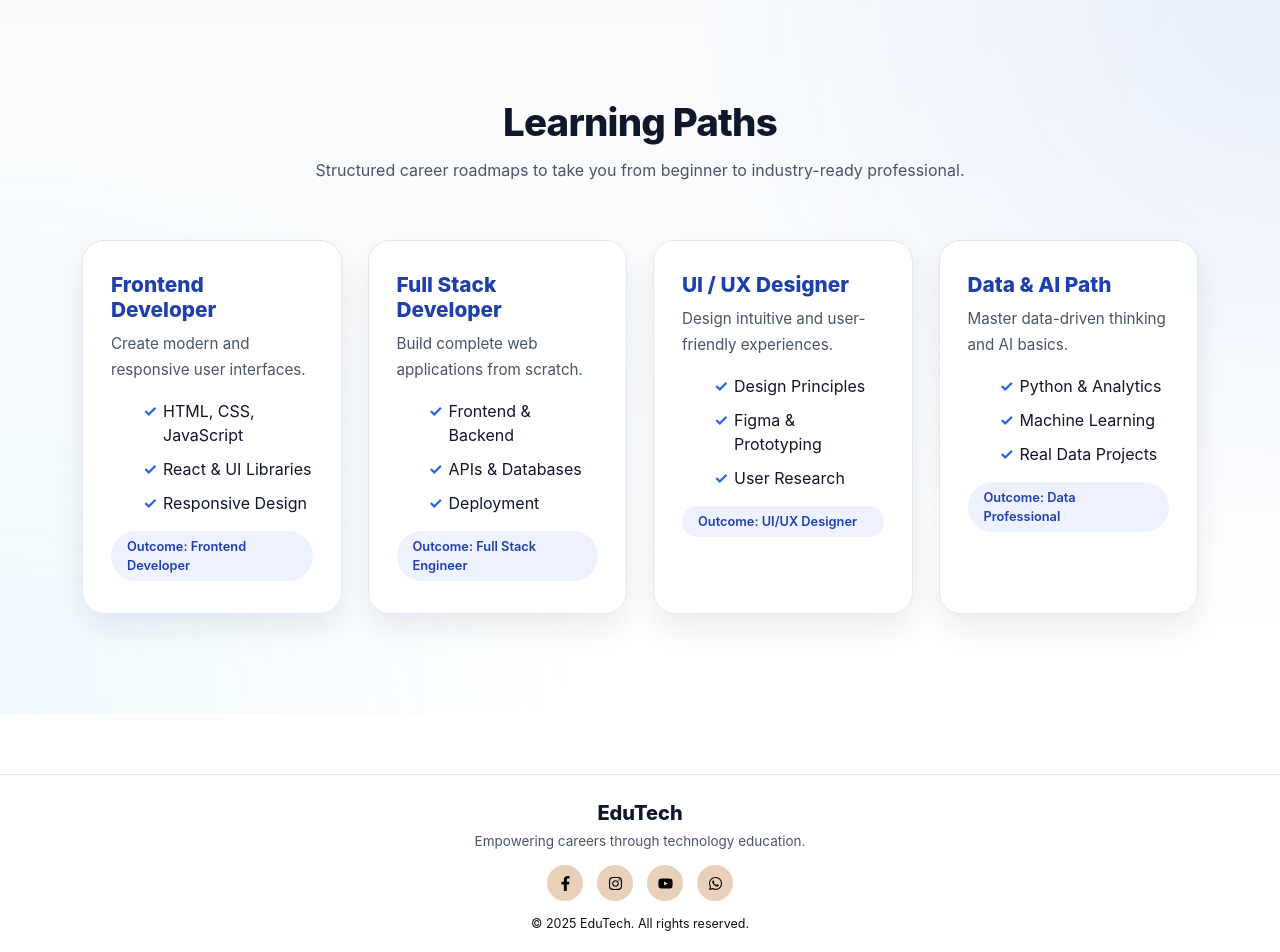
Repository: Aswin74k/project-2
Page: /
An editor plug-in stored every save of this project. The page is shown before and after the next save, followed by the edit.
The browser window is 1280 px wide. The pictures show the part of the page from y = 2045 to 2997 px (the page is 2997 px tall).
The project was rebuilt for these pictures with package versions that can differ from the ones it lists, and the page was loaded fresh each time. Some packages were replaced by stand-ins written for this rebuild. Also part of the build but not shown: vite.config.js, src/project/course.css, src/project/Course.jsx, src/project/About.css, src/project/About.jsx, src/project/Enroll.css, src/project/Enroll.jsx, src/project/contact.css and 2 more.

Above is the page before, as saved 2025-12-25 19:46:17.

### src/main.jsx
import React from "react";
import ReactDOM from "react-dom/client";
import { BrowserRouter } from "react-router-dom";
import App from "./project/App";
import { AuthProvider } from "./context/AuthContext"; // ✅ ADD THIS
import "bootstrap/dist/css/bootstrap.min.css";

ReactDOM.createRoot(document.getElementById("root")).render(
  <React.StrictMode>
    <BrowserRouter>
      <AuthProvider>
        <App />
      </AuthProvider>
    </BrowserRouter>
  </React.StrictMode>
);

### src/project/App.jsx
import React from "react";
import { Routes, Route } from "react-router-dom";

import EduNavbar from "./EduNavbar";
import Home from "./Home";
import Course from "./Course";
import About from "./About";
import Enroll from "./Enroll";
import Contact from "./Contact";
import ProtectedRoute from "./ProtectedRoute";

export default function App() {
  return (
    <>
      <EduNavbar />

      <Routes>
        <Route path="/" element={<Home />} />
        <Route path="/courses/:id" element={<Course />} />
        <Route path="/about" element={<About />} />
        <Route path="/Contact" element={<Contact />} />


        <Route
          path="/enroll"
          element={
            <ProtectedRoute>
              <Enroll />
            </ProtectedRoute>
          }
        />
      </Routes>

    </>
  );
}

### src/context/AuthContext.jsx
import { createContext, useContext, useState, useEffect } from "react";

const AuthContext = createContext();

export function AuthProvider({ children }) {
  const [user, setUser] = useState(null);
  const [loading, setLoading] = useState(true);

  useEffect(() => {
    const savedUser = JSON.parse(
      localStorage.getItem("loggedInUser")
    );
    if (savedUser) setUser(savedUser);
    setLoading(false);
  }, []);

  const login = (email, password) => {
    const users =
      JSON.parse(localStorage.getItem("registeredUsers")) || [];

    const foundUser = users.find(
      (u) => u.email === email && u.password === password
    );

    if (!foundUser) {
      return { success: false, message: "Invalid email or password" };
    }

    localStorage.setItem(
      "loggedInUser",
      JSON.stringify(foundUser)
    );
    setUser(foundUser);

    return {
      success: true,
      message: `Welcome back, ${foundUser.firstName}`,
    };
  };

  const signup = (data) => {
    const users =
      JSON.parse(localStorage.getItem("registeredUsers")) || [];

    if (users.some((u) => u.email === data.email)) {
      return {
        success: false,
        message: "User already exists with this email!",
      };
    }

    users.push(data);
    localStorage.setItem(
      "registeredUsers",
      JSON.stringify(users)
    );

    localStorage.setItem(
      "loggedInUser",
      JSON.stringify(data)
    );
    setUser(data);

    return {
      success: true,
      message: "Account created successfully",
    };
  };

  const logout = () => {
    localStorage.removeItem("loggedInUser");
    setUser(null);
  };

  return (
    <AuthContext.Provider
      value={{ user, login, signup, logout, loading }}
    >
      {children}
    </AuthContext.Provider>
  );
}

export const useAuth = () => useContext(AuthContext);

### src/project/Home.jsx
import React from "react";
import { Container, Row, Col, Card } from "react-bootstrap";
import { Link } from "react-router-dom";
import {
  FaGraduationCap,
  FaUsers,
  FaChalkboardTeacher,
  FaBriefcase,
  FaStar,
  FaFacebookF,
  FaInstagram,
  FaYoutube,
  FaWhatsapp
} from "react-icons/fa";
import "./Home.css";

export default function Home() {
  const courses = [
    {
      id: "fullstack",
      title: "Full Stack Development",
      level: "Beginner",
      duration: "6 Months",
      rating: "4.8",
      img: "https://encrypted-tbn0.gstatic.com/images?q=tbn:ANd9GcQPaNXGBezXv5c0v_XSQ6pqOScRBb2ShM3IWg&s",
    },
    {
      id: "mern",
      title: "MERN Stack Development",
      level: "Intermediate",
      duration: "5 Months",
      rating: "4.7",
      img: "https://images.prismic.io/loco-blogs/79328284-f97b-489f-924c-eb3b17e34b56_image2.png",
    },
    {
      id: "uiux",
      title: "UI / UX Design",
      level: "Beginner",
      duration: "4 Months",
      rating: "4.6",
      img: "https://www.almondsolutions.com/images/blog-ui-ux-150223.jpg",
    },
    {
      id: "datascience",
      title: "Data Science",
      level: "Advanced",
      duration: "6 Months",
      rating: "4.9",
      img: "https://bernardmarr.com/wp-content/uploads/2022/11/The-Top-5-Data-Science-And-Analytics-Trends-In-2023.jpg",
    },
    {
      id: "dataanalytics",
      title: "Data Analytics",
      level: "Beginner",
      duration: "4 Months",
      rating: "4.6",
      img: "https://blog.herzing.ca/hubfs/data%20analytics.jpg",
    },
    {
      id: "aiml",
      title: "AI & Machine Learning",
      level: "Advanced",
      duration: "6 Months",
      rating: "4.9",
      img: "https://www.jellyfishtechnologies.com/wp-content/uploads/2021/10/Artificial-Intelligence-versus-Machine-Learning.png",
    },
    {
      id: "cloud",
      title: "Cloud Computing",
      level: "Intermediate",
      duration: "4 Months",
      rating: "4.7",
      img: "https://bernardmarr.com/img/The%205%20Biggest%20Cloud%20Computing%20Trends%20In%202021.jpg",
    },
    {
      id: "devops",
      title: "DevOps Engineering",
      level: "Advanced",
      duration: "5 Months",
      rating: "4.8",
      img: "https://www.itrainu.in/wp-content/uploads/2021/03/DEVOPS-1.jpg",
    },
  ];

  return (
    <div className="home">

      {/* HERO */}
      <section className="hero-section">
        <Container>
          <div className="hero-content">
            <h1>
              Learn Future-Ready Skills with <span>EduTech</span>
            </h1>
            <p>
              Industry-aligned courses, real-world projects, and expert mentors
              to accelerate your career.
            </p>

            <div className="hero-actions">
              <Link to="/about" className="btn btn-outline-light btn-lg">
                Learn More
              </Link>
            </div>
          </div>
        </Container>
      </section>

      {/* STATS */}
      <section className="stats-section">
        <Container>
          <Row className="g-4">
            <Col md={3}><div className="stat-box"><FaUsers /><h3>25K+</h3><p>Learners</p></div></Col>
            <Col md={3}><div className="stat-box"><FaGraduationCap /><h3>8+</h3><p>Courses</p></div></Col>
            <Col md={3}><div className="stat-box"><FaChalkboardTeacher /><h3>50+</h3><p>Mentors</p></div></Col>
            <Col md={3}><div className="stat-box"><FaBriefcase /><h3>100+</h3><p>Projects</p></div></Col>
          </Row>
        </Container>
      </section>

      {/* COURSES */}
      <section className="courses-section">
        <Container>
          <h2 className="section-title">Popular Courses</h2>
          <Row>
            {courses.map((course) => (
              <Col lg={3} md={4} sm={6} key={course.id} className="mb-4">
                <Card className="course-card h-100">
                  <Card.Img src={course.img} className="course-img" />
                  <Card.Body>
                    <Card.Title>{course.title}</Card.Title>
                    <div className="course-meta">
                      <span>{course.level}</span>
                      <span>{course.duration}</span>
                    </div>
                    <div className="course-rating">
                      <FaStar /> {course.rating}
                    </div>
                    <Link to={`/courses/${course.id}`} className="btn btn-outline-primary w-100 mt-3">
                      View Details
                    </Link>
                  </Card.Body>
                </Card>
              </Col>
            ))}
          </Row>
        </Container>
      </section>
{/* LEARNING PATHS */}
<section className="paths-section">
  <div className="container">
    <h2 className="section-title">Learning Paths</h2>
    <p className="section-subtitle">
      Structured career roadmaps to take you from beginner to industry-ready professional.
    </p>

    <div className="paths-grid">
      <div className="path-card">
        <h4>Frontend Developer</h4>
        <p>Create modern and responsive user interfaces.</p>

        <ul>
          <li>HTML, CSS, JavaScript</li>
          <li>React & UI Libraries</li>
          <li>Responsive Design</li>
        </ul>

        <div className="path-outcome">Outcome: Frontend Developer</div>
      </div>

      <div className="path-card">
        <h4>Full Stack Developer</h4>
        <p>Build complete web applications from scratch.</p>

        <ul>
          <li>Frontend & Backend</li>
          <li>APIs & Databases</li>
          <li>Deployment</li>
        </ul>

        <div className="path-outcome">Outcome: Full Stack Engineer</div>
      </div>

      <div className="path-card">
        <h4>UI / UX Designer</h4>
        <p>Design intuitive and user-friendly experiences.</p>

        <ul>
          <li>Design Principles</li>
          <li>Figma & Prototyping</li>
          <li>User Research</li>
        </ul>

        <div className="path-outcome">Outcome: UI/UX Designer</div>
      </div>

      <div className="path-card">
        <h4>Data & AI Path</h4>
        <p>Master data-driven thinking and AI basics.</p>

        <ul>
          <li>Python & Analytics</li>
          <li>Machine Learning</li>
          <li>Real Data Projects</li>
        </ul>

        <div className="path-outcome">Outcome: Data Professional</div>
      </div>
    </div>
  </div>
</section>



      {/* FOOTER */}
      <footer className="footer">
        <Container className="text-center">
          <h3 className="footer-logo">EduTech</h3>
          <p className="footer-tagline">
            Empowering careers through technology education.
          </p>

          <div className="footer-social">
            <a className="fb"><FaFacebookF /></a>
            <a className="ig"><FaInstagram /></a>
            <a className="yt"><FaYoutube /></a>
            <a className="wa"><FaWhatsapp /></a>
          </div>

          <p className="copy">© 2025 EduTech. All rights reserved.</p>
        </Container>
      </footer>

    </div>
  );
}

### src/project/Navbar.css
/* ================= ROOT VARIABLES ================= */
:root {
  --primary: #111827;
  --primary-soft: rgba(17, 24, 39, 0.08);
  --danger: #ef4444;
  --success: #22c55e;

  --text-dark: #000000;
  --text-muted: #6b7280;

  --border-light: #e5e7eb;
  --bg-white: #ffffff;
}

/* ================= NAVBAR ================= */
.navbar {
  background: var(--bg-white);
  padding: 14px 0;
  border-bottom: 1px solid var(--border-light);
  transition: all 0.3s ease;
  z-index: 1000;
}

.navbar-scrolled {
  box-shadow: 0 10px 30px rgba(0, 0, 0, 0.08);
}

/* ================= BRAND ================= */
.navbar-brand {
  font-size: 1.8rem;
  font-weight: 900;
  letter-spacing: -0.5px;

  background: linear-gradient(90deg, #2563eb, #38bdf8);

  background-clip: text;              /* standard */
  -webkit-background-clip: text;      /* safari/chrome */
  -webkit-text-fill-color: transparent;

  transition: all 0.25s ease;
}

/* Optional hover (subtle, classy) */
.navbar-brand:hover {
  transform: translateY(-1px);
  filter: brightness(1.1);
}



/* ================= NAV LINKS ================= */
.navbar-nav .nav-link {
  color: var(--text-dark) !important;
  font-weight: 600;
  font-size: 0.95rem;
  padding: 8px 14px;
  position: relative;
}

.navbar-nav .nav-link::after {
  content: "";
  position: absolute;
  left: 50%;
  bottom: 2px;
  width: 0;
  height: 2px;
  background: var(--text-dark);
  transform: translateX(-50%);
  transition: width 0.3s ease;
}

.navbar-nav .nav-link:hover::after {
  width: 70%;
}

/* ================= SEARCH ================= */
.custom-search {
  position: relative;
  width: 210px;
}

.custom-search input {
  width: 100%;
  padding: 10px 42px 10px 16px;
  border-radius: 999px;
  border: 1px solid var(--border-light);
  background: #e4e5e6;
  font-size: 0.9rem;
}

.custom-search svg {
  position: absolute;
  right: 14px;
  top: 50%;
  transform: translateY(-50%);
  color: var(--text-muted);
}

/* ================= USER ================= */
.username {
  background: var(--primary-soft);
  color: var(--text-dark);
  padding: 6px 14px;
  border-radius: 999px;
  font-size: 0.85rem;
  font-weight: 600;
}

.user-icon {
  font-size: 22px;
  color: var(--text-dark);
  cursor: pointer;
}

/* ================= LOGOUT ICON ================= */
.logout-icon {
  font-size: 24px;
  color: var(--text-dark);
  cursor: pointer;
}

.logout-icon:hover {
  color: var(--danger);
}

/* ================= MODALS ================= */
.modal-content {
  border-radius: 22px;
  border: none;
  box-shadow: 0 30px 90px rgba(0, 0, 0, 0.25);
  padding: 20px;
}

.modal-header {
  border-bottom: 1px solid var(--border-light);
}

.modal-title {
  font-weight: 700;
}

.modal-body {
  padding: 28px 32px 32px;
}

/* ================= AUTH INPUT (IMAGE MATCHED) ================= */
.auth-input {
  width: 100%;
  height: 56px;
  border-radius: 16px;
  border: 1.5px solid #d1d5db;
  padding: 14px 18px;
  font-size: 1rem;
  margin-bottom: 18px;
  background: #ffffff;
}

.auth-input:focus {
  outline: none;
  border-color: #6366f1;
  box-shadow: 0 0 0 2px rgba(99, 102, 241, 0.25);
}

/* ================= PASSWORD ================= */
.password-wrapper {
  position: relative;
}

.password-wrapper span {
  position: absolute;
  right: 18px;
  top: 40%;
  transform: translateY(-50%);
  font-size: 18px;
  color: var(--text-muted);
  cursor: pointer;
}

/* ================= NAME ROW (SIGNUP) ================= */
.name-row {
  display: grid;
  grid-template-columns: 1fr 1fr;
  gap: 18px;
  margin-bottom: 18px;
}

/* ================= AUTH BUTTON ================= */
.auth-btn {
  width: 100%;
  height: 56px;
  border-radius: 16px;
  background: var(--text-dark);
  border: none;
  color: #fff;
  font-size: 1.05rem;
  font-weight: 600;
  margin-top: 8px;
}

.auth-btn:hover {
  opacity: 0.9;
}

/* ================= AUTH FOOTER ================= */
.auth-footer {
  margin-top: 16px;
  text-align: center;
  font-size: 0.9rem;
  color: var(--text-muted);
}

.auth-footer span {
  color: var(--text-dark);
  font-weight: 600;
  cursor: pointer;
}

/* ================= LOGOUT MODAL ================= */
.logout-modal .logout-icon-wrapper {
  width: 64px;
  height: 64px;
  background: rgba(0, 0, 0, 0.08);
  color: var(--danger);
  border-radius: 50%;
  display: flex;
  align-items: center;
  justify-content: center;
  font-size: 28px;
  margin: 0 auto 16px;
}

.logout-actions {
  display: flex;
  gap: 14px;
  justify-content: center;
}

.logout-cancel {
  padding: 10px 22px;
  border-radius: 14px;
  border: 2px solid var(--text-dark);
  background: transparent;
  font-weight: 600;
}

.logout-confirm {
  padding: 10px 22px;
  border-radius: 14px;
  background: var(--danger);
  border: none;
  color: #fff;
  font-weight: 600;
}

/* ================= MOBILE ================= */
@media (max-width: 768px) {
  .navbar-collapse {
    background: #ffffff;
    padding: 18px;
    border-radius: 16px;
    margin-top: 10px;
  }

  .custom-search {
    width: 100%;
    margin-top: 12px;
  }

  .name-row {
    grid-template-columns: 1fr;
  }
}

/* ================= AUTH MESSAGES (FINAL POLISH) ================= */
.modal-message {
  padding: 14px 18px;
  border-radius: 14px;
  font-size: 0.9rem;
  font-weight: 600;
  text-align: center;
  margin-bottom: 18px;
  line-height: 1.4;
  animation: messageFade 0.25s ease-in-out;
}

/* SUCCESS */
.modal-message.success {
  background: rgba(34, 197, 94, 0.14);
  color: #15803d;
  border: 1.5px solid rgba(34, 197, 94, 0.35);
}

/* ERROR */
.modal-message.error {
  background: rgba(239, 68, 68, 0.14);
  color: #b91c1c;
  border: 1.5px solid rgba(239, 68, 68, 0.35);
}

/* subtle animation */
@keyframes messageFade {
  from {
    opacity: 0;
    transform: translateY(-6px);
  }
  to {
    opacity: 1;
    transform: translateY(0);
  }
}

### src/project/Home.css
/* =========================
   DESIGN TOKENS
========================= */
:root {
  --primary: #2563eb;
  --primary-dark: #1e40af;
  --accent: #38bdf8;

  --text-main: #0f172a;
  --text-muted: #475569;

  --bg-light: #f8fafc;
  --glass: rgba(255, 255, 255, 0.92);

  --radius-lg: 22px;
  --radius-md: 14px;

  --shadow-soft: 0 14px 30px rgba(15, 23, 42, 0.08);
  --shadow-strong: 0 28px 60px rgba(15, 23, 42, 0.16);
}

/* =========================
   BASE
========================= */
.home {
  font-family: "Inter", "Segoe UI", system-ui, sans-serif;
  color: var(--text-main);
  background: #ffffff;
  overflow-x: hidden;
}

/* =========================
   SECTION HEADINGS
========================= */
.section-title {
  text-align: center;
  font-size: clamp(2rem, 3vw, 2.5rem);
  font-weight: 800;
  letter-spacing: -0.02em;
  margin-bottom: 12px;
}

.section-subtitle {
  text-align: center;
  max-width: 720px;
  margin: 0 auto 56px;
  font-size: 1rem;
  color: var(--text-muted);
  line-height: 1.7;
}

/* =========================
   HERO SECTION
========================= */
.hero-section {
  min-height: 95vh;
  background:
    linear-gradient(120deg, rgba(15, 23, 42, 0.92), rgba(15, 23, 42, 0.85)),
    url("https://images.unsplash.com/photo-1523240795612-9a054b0db644");
  background-size: cover;
  background-position: center;
  display: flex;
  align-items: center;
}

.hero-content {
  max-width: 860px;
  margin: auto;
  text-align: center;
  color: #ffffff;
}

.hero-content h1 {
  font-size: clamp(2.4rem, 4vw, 3.3rem);
  font-weight: 900;
  line-height: 1.15;
  margin-bottom: 20px;
}

.hero-content span {
  background: linear-gradient(90deg, var(--accent), var(--primary));
  background-clip: text;
  -webkit-background-clip: text;
  -webkit-text-fill-color: transparent;
}

.hero-content p {
  font-size: 1.1rem;
  line-height: 1.8;
  color: #e5e7eb;
  margin-bottom: 38px;
}

.hero-actions {
  display: flex;
  justify-content: center;
  gap: 18px;
}

.hero-actions .btn {
  padding: 12px 32px;
  font-size: 15.5px;
  border-radius: 999px;
  font-weight: 600;
  transition: all 0.3s ease;
}

.hero-actions .btn-primary {
  background: linear-gradient(135deg, var(--primary), var(--accent));
  border: none;
}

.hero-actions .btn-primary:hover {
  transform: translateY(-2px);
  box-shadow: var(--shadow-soft);
}

.hero-actions .btn-outline-light:hover {
  background: rgba(255, 255, 255, 0.12);
}

/* =========================
   STATS SECTION
========================= */
.stats-section {
  padding: 80px 0;
  background: linear-gradient(180deg, #f8fafc, #ffffff);
}

.stat-box {
  background: #ffffff;
  border-radius: var(--radius-md);
  padding: 32px 18px;
  text-align: center;
  box-shadow: var(--shadow-soft);
  transition: box-shadow 0.3s ease;
}

.stat-box:hover {
  box-shadow: var(--shadow-strong);
}

.stat-box svg {
  font-size: 38px;
  color: var(--primary);
  margin-bottom: 12px;
}

.stat-box h3 {
  font-size: 30px;
  font-weight: 800;
  margin-bottom: 4px;
}

.stat-box p {
  font-size: 14px;
  color: var(--text-muted);
}

/* =========================
   COURSES
========================= */
.courses-section {
  padding: 90px 0;
}

.course-card {
  border-radius: var(--radius-lg);
  overflow: hidden;
  background: #ffffff;
  box-shadow: var(--shadow-soft);
  transition: box-shadow 0.3s ease;
}

.course-card:hover {
  box-shadow: var(--shadow-strong);
}

.course-img {
  height: 180px;
  object-fit: cover;
}

.course-card .card-body {
  padding: 22px;
}

.course-card .card-title {
  font-size: 16.5px;
  font-weight: 700;
  margin-bottom: 8px;
}

.course-meta {
  display: flex;
  justify-content: space-between;
  font-size: 13px;
  color: #64748b;
  margin-bottom: 10px;
}

.course-rating {
  display: flex;
  align-items: center;
  gap: 6px;
  color: hsl(48, 96%, 53%);
}


.course-card .btn {
  border-radius: 999px;
  font-weight: 600;
}

/* =========================
   CAREER PATHS
========================= */
.paths-section {
  padding: 100px 0;
  background:
    radial-gradient(circle at top right, rgba(37, 99, 235, 0.08), transparent 40%),
    radial-gradient(circle at bottom left, rgba(56, 189, 248, 0.08), transparent 40%),
    linear-gradient(180deg, #f8fafc, #ffffff);
}

.paths-grid {
  display: grid;
  grid-template-columns: repeat(4, 1fr);
  gap: 26px;
}

.path-card {
  background: var(--glass);
  border-radius: var(--radius-lg);
  padding: 32px 28px;
  box-shadow: var(--shadow-soft);
  backdrop-filter: blur(12px);
  border: 1px solid #e2e8f0;
  transition: box-shadow 0.3s ease, border-color 0.3s ease;
}

.path-card:hover {
  box-shadow: var(--shadow-strong);
  border-color: rgba(37, 99, 235, 0.3);
}

.path-card h4 {
  font-size: 1.3rem;
  font-weight: 800;
  color: var(--primary-dark);
}

.path-card p {
  font-size: 0.95rem;
  color: var(--text-muted);
  line-height: 1.7;
}

.path-card ul li {
  list-style: none;
  margin-bottom: 10px;
  padding-left: 20px;
  position: relative;
}

.path-card ul li::before {
  content: "✓";
  position: absolute;
  left: 0;
  color: var(--primary);
  font-weight: 700;
}

.path-outcome {
  margin-top: 14px;
  padding: 6px 16px;
  border-radius: 999px;
  font-size: 0.8rem;
  font-weight: 600;
  background: #eef2ff;
  color: var(--primary-dark);
}

/* =========================
   FOOTER (FULL WHITE)
========================= */
.footer {
  background: #ffffff;
  color: #0f172a;
  padding: 26px 0 18px;
  margin-top: 60px;
  border-top: 1px solid #e5e7eb;
}

.footer-logo {
  font-size: 20px;
  font-weight: 800;
  color: #0f172a;
  margin-bottom: 6px;
}

.footer-tagline {
  font-size: 13.5px;
  color: #475569;
  margin-bottom: 14px;
}

.footer-social {
  display: flex;
  justify-content: center;
  gap: 14px;
  margin-bottom: 14px;
}

/* KEEP ICON COLORS SAME */
.footer-social a {
  background-color: rgb(232, 208, 186);
  width: 36px;
  height: 36px;
  border-radius: 50%;
  display: flex;
  align-items: center;
  justify-content: center;
  color: #060505;
  font-size: 15px;
  transition: transform 0.25s ease;
}

.footer-social a:hover {
  transform: translateY(-2px);
}

.copy {
  font-size: 12.5px;
  color: #0f1115;
  margin: 0;
}

/* =========================
   RESPONSIVE
========================= */
@media (max-width: 1200px) {
  .paths-grid { grid-template-columns: repeat(3, 1fr); }
}

@media (max-width: 992px) {
  .paths-grid { grid-template-columns: repeat(2, 1fr); }
}

@media (max-width: 576px) {
  .paths-grid { grid-template-columns: 1fr; }
  .hero-actions { flex-direction: column; }
}

Loaded but not shown: index.html (common file); src/project/EduNavbar.jsx (341 lines, source omitted)

After the next save:
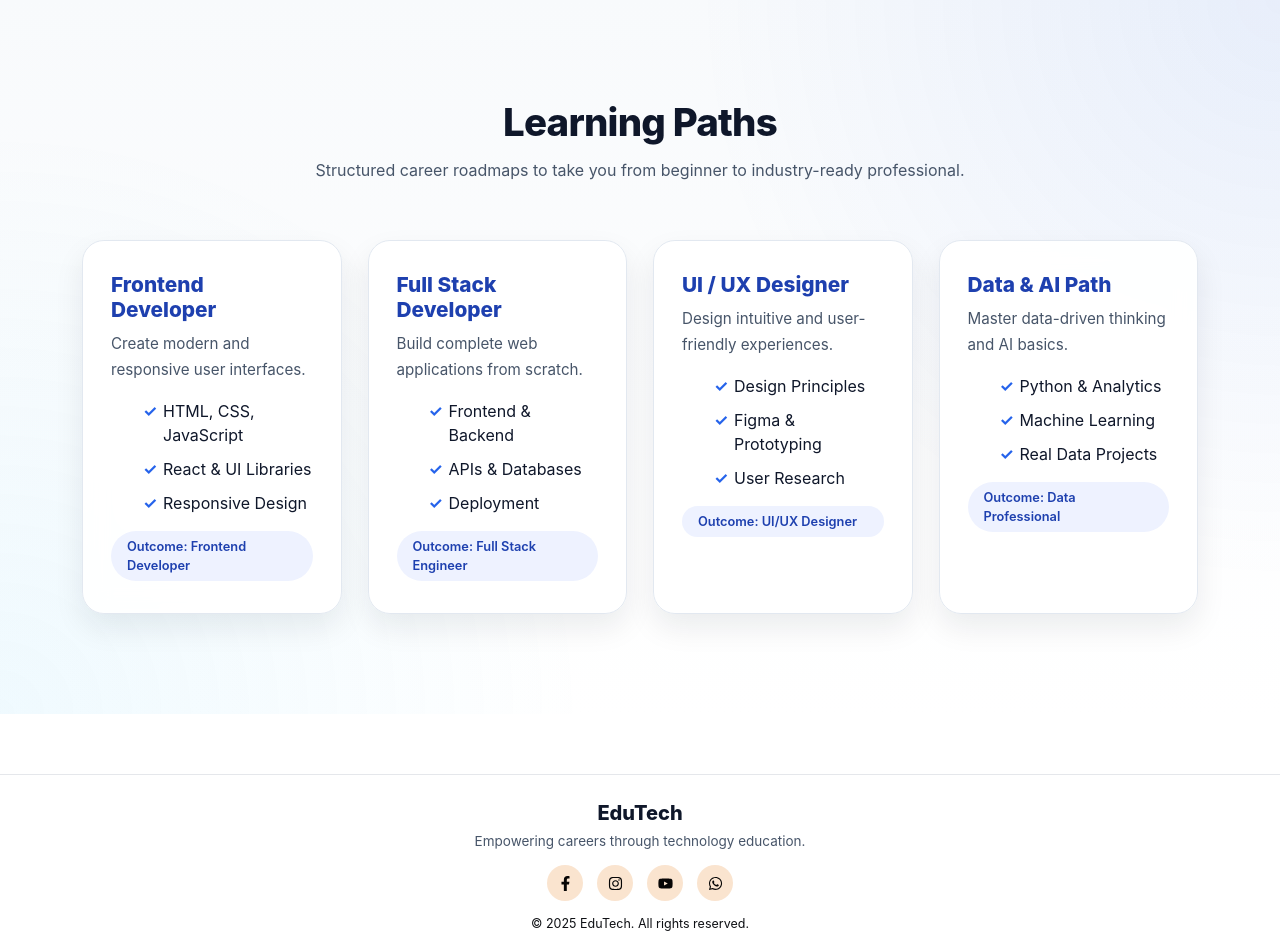
Saved 21 s later.
--- a/src/project/Home.css
+++ b/src/project/Home.css
@@ -314,7 +314,7 @@
 
 /* KEEP ICON COLORS SAME */
 .footer-social a {
-  background-color: rgb(232, 208, 186);
+  background-color: rgb(250, 228, 207);
   width: 36px;
   height: 36px;
   border-radius: 50%;
